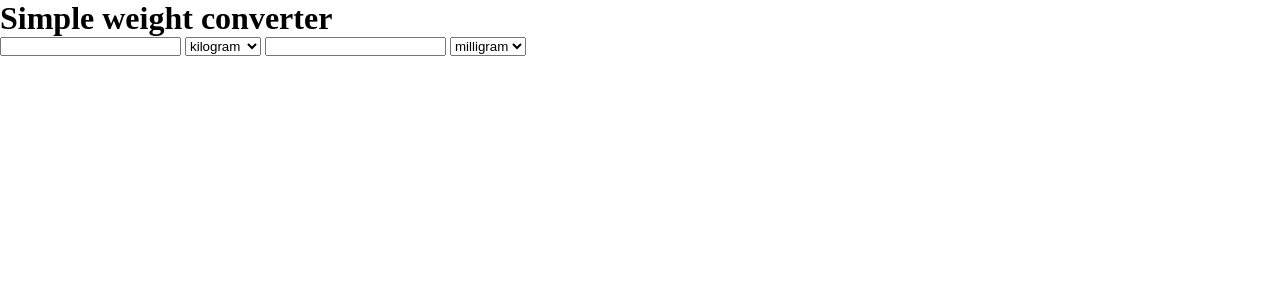
Repository: Eugene44-hub/weight-converter
Page: index.html
These files come from the project's save history. The page is drawn as it stood at one moment and after a run of saves; the edit follows.
The browser window is 1280 px wide. The pictures show the whole page.

Above is the page before, as saved 2021-09-20 04:35:29.

### index.html
<!DOCTYPE html>
<html lang="en">

<head>
    <meta charset="UTF-8">
    <meta http-equiv="X-UA-Compatible" content="IE=edge">
    <meta name="viewport" content="width=device-width, initial-scale=1.0">
    <link rel="stylesheet" href="style.css">
    <title>Document</title>
</head>

<body>

    <h1>Simple weight converter</h1>
    <input type="number" id="typed">
    <select name="" id="in-weight">
      <option value="kg">kilogram</option>
      <option value="ou">ounce</option>
      <option value="mg">milligram</option>
    </select>
    <input type="number" id="output">
    <select name="" id="out-weight">
      <option value="mg">milligram</option>
      <option value="ou">ounce</option>
      <option value="kg">kilogram</option>
    </select>
    <script src="app.js"></script>
</body>

</html>

### style.css
* {
    padding: 0;
    margin: 0;
}

input {}

### app.js
let typed = document.querySelector('#typed');
let output = document.querySelector('#output');
let select = document.querySelector('#in-weight');
let select2 = document.querySelector('#out-weight');

function selectTwo(val) {
    select2.addEventListener('change', e => {
        if (select2.value === 'mg' && select.value === 'kg') {
            output.value = val * Math.pow(10, 6)
        } else if (select2.value === "ou" && select.value === 'mg') {
            output.value = val * 0.000035274
        } else if (select2.value === "ou" && select.value === 'kg') {
            output.value = val * 35.274
        } else if (select2.value === "kg" && select.value === 'ou') {
            output.value = val / 35.274
        } else if (select2.value === "mg" && select.value === 'ou') {
            output.value = val / 0.000035274
        } else if (select2.value === "kg" && select.value === 'mg') {
            output.value = val / Math.pow(10, 6)
        } else {
            output.value = typed.value
        }

    })
}

function selectOne(val) {
    select.addEventListener('change', e => {

        if (select2.value === 'mg' && select.value === 'kg') {
            typed.value = val / Math.pow(10, 6)
        } else if (select2.value === "mg" && select.value === 'ou') {
            typed.value = val * 0.000035274
        } else if (select2.value === "ou" && select.value === 'kg') {
            typed.value = val / 35.274
        } else if (select2.value === "kg" && select.value === 'ou') {
            typed.value = val * 35.274
        } else if (select2.value === "ou" && select.value === 'mg') {
            typed.value = val / 0.000035274
        } else if (select2.value === "kg" && select.value === 'mg') {
            typed.value = val * Math.pow(10, 6)
        } else { typed.value = output.value }
    })
}


typed.addEventListener('input',
    e => {

        if (select2.value === 'mg' && select.value === 'kg') {
            output.value = Number(e.target.value) * Math.pow(10, 6)
        } else if (select2.value === "ou" && select.value === 'mg') {
            output.value = Number(e.target.value) * 0.000035274
        } else if (select2.value === "ou" && select.value === 'kg') {
            output.value = Number(e.target.value) * 35.274
        } else if (select2.value === "kg" && select.value === 'ou') {
            output.value = Number(e.target.value) / 35.274
        } else if (select2.value === "mg" && select.value === 'ou') {
            output.value = Number(e.target.value) / 0.000035274
        } else if (select2.value === "kg" && select.value === 'mg') {
            output.value = Number(e.target.value) / Math.pow(10, 6)
        } else {
            output.value = typed.value
        }
        selectTwo(Number(e.target.value))
    })

output.addEventListener('input',
    e => {
        if (select2.value === 'mg' && select.value === 'kg') {
            typed.value = Number(e.target.value) / Math.pow(10, 6)
        } else if (select2.value === "mg" && select.value === 'ou') {
            typed.value = Number(e.target.value) * 0.000035274
        } else if (select2.value === "ou" && select.value === 'kg') {
            typed.value = Number(e.target.value) / 35.274
        } else if (select2.value === "kg" && select.value === 'ou') {
            typed.value = Number(e.target.value) * 35.274
        } else if (select2.value === "ou" && select.value === 'mg') {
            typed.value = Number(e.target.value) / 0.000035274
        } else if (select2.value === "kg" && select.value === 'mg') {
            typed.value = Number(e.target.value) * Math.pow(10, 6)
        } else { typed.value = output.value }
        selectOne(Number(e.target.value))
    })

After the next 2 saves:
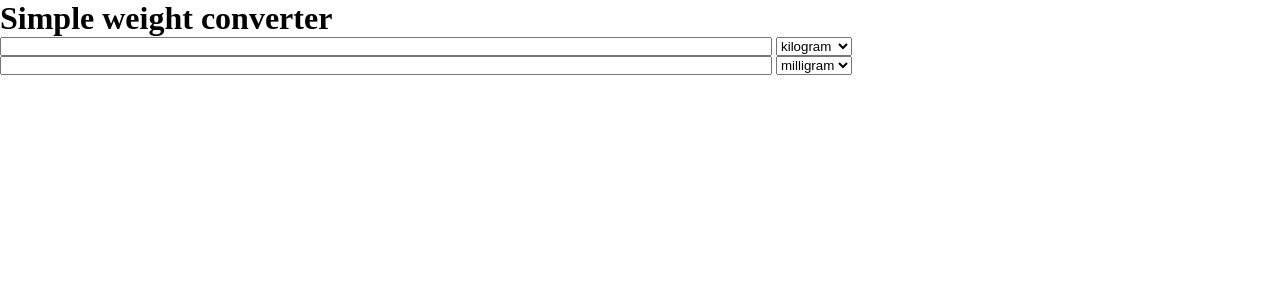
The 2 saves are shown as one change because they came seconds apart.
The last was saved 10 s later.
--- a/style.css
+++ b/style.css
@@ -3,4 +3,6 @@
     margin: 0;
 }
 
-input {}
+input {
+    width: 60%;
+}
